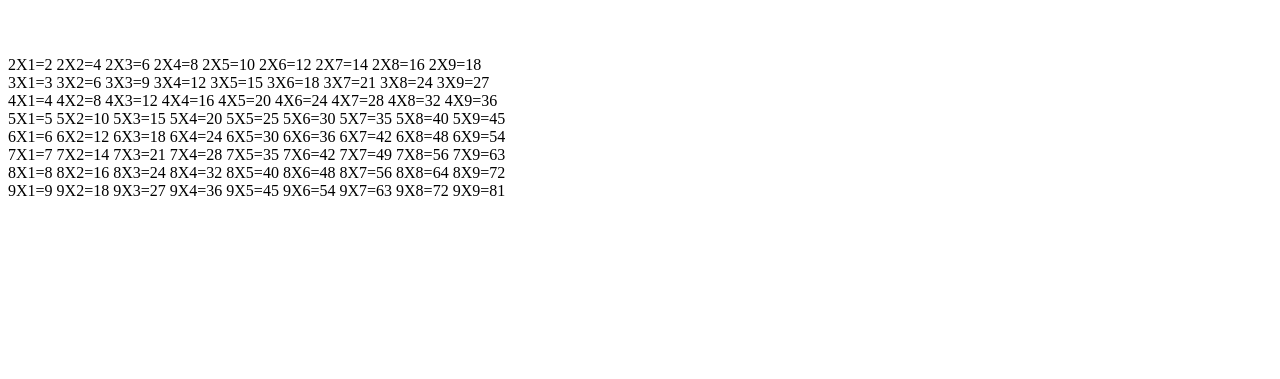
Repository: kkj68106810-dot/jsp2026
Page: http://localhost/chapter01/test02.jsp
The author's editor kept a copy of each file at every save. The page is drawn from the files as they stood at one save, then again after the next save.
The browser window is 1280 px wide. The pictures show the whole page.
The page is served by Tomcat 9.

Above is the page before, as saved 2026-10-16 03:19:09.

After the next save:
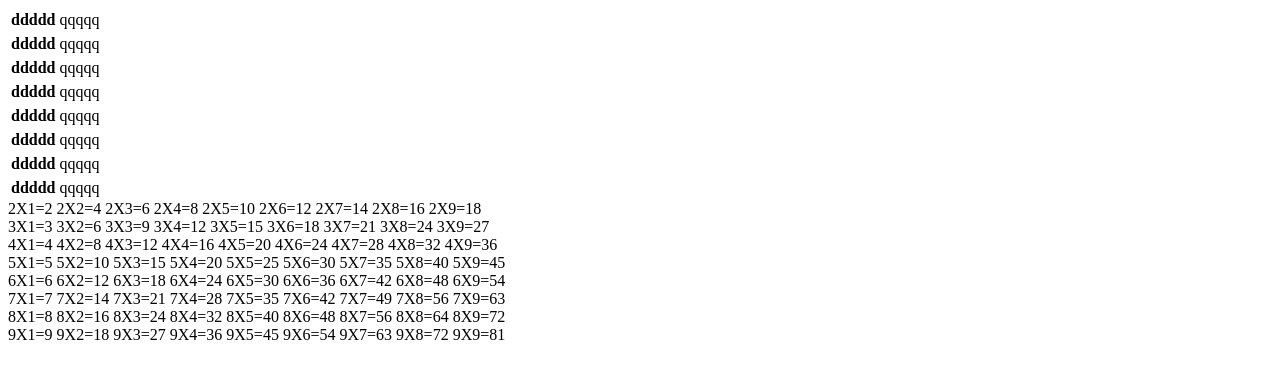
Saved 4 s later.
--- a/chapter01/src/main/webapp/test02.jsp
+++ b/chapter01/src/main/webapp/test02.jsp
@@ -21,8 +21,8 @@
 
 				<table>
 					<tbody>
-						<th></th>
-						<td></td>
+						<th>ddddd</th>
+						<td>qqqqq</td>
 					</tbody>
 				</table>
 
